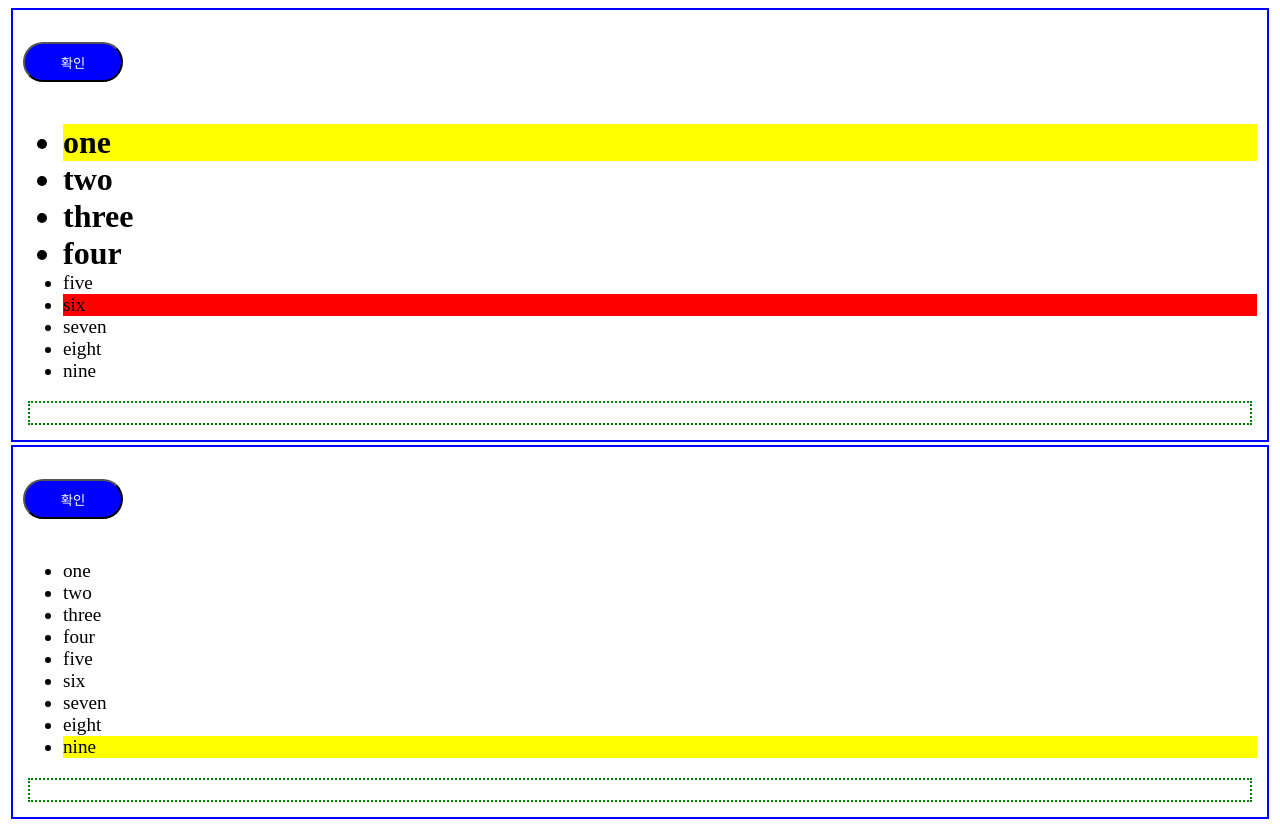
Repository: patternlobe-stack/MY_repository
Page: webpro/src/main/webapp/0915/기본필터.html
The author's editor kept a copy of each file at every save. The page is drawn from the files as they stood at one save, then again after the next save.
The browser window is 1280 px wide. The pictures show the whole page.
After loading, the first visible `#btn1` was clicked once.

Above is the page before, as saved 2025-09-15 07:10:22.

### webpro/src/main/webapp/0915/기본필터.html
<!DOCTYPE html>
<html>
<head>
<meta charset="UTF-8">
<title>Insert title here</title>
<link rel="stylesheet"  href="../css/public.css">
<script src="../js/jquery-3.7.1.js"></script>


<script>
$( () =>{
	$('#btn1').on('click',()=>{

		$('li:first, li:last').css('background','yellow');
	//	$('li').first().css('background','yellow');
	//	$('li').last().css('background','yellow');
		$('li').filter(':first').css('background','yellow');

	  //$('li:eq(5)').css('background','red');
		$('li').eq(5).css('background','red');
		$('li').filter(':eq(5)').css('background','red');

	//	$('li:lt(4)').css({'font-size':'2.0rem','font-weight':'bold'});
	//	$('li').lt(4).css({'font-size':'2.0rem','font-weight':'bold'}); 오류남
	$('li').filter(':lt(4)').css({'font-size':'2.0rem','font-weight':'bold'});

	})


	 $('#btn2').on('click', ()=>{

		 $('li:even').css('background','lime');


	 })
})
</script>

</head>
<body>


<div class="box box1">
      <h3>
      </h3>
      <input type="button" value="확인" id="btn1"/>
      <br /><br />
      <body>
		  <ul>
		<li>one</li>
		<li>two</li>
		<li>three</li>
		<li>four</li>
		<li>five</li>
		<li>six</li>
		<li>seven</li>
		<li>eight</li>
		<li>nine</li>
		  </ul>
      <div id="result1"></div>
</div>

<div class="box box2">
      <h3>
      </h3>
      <input type="button" value="확인" id="btn2"/>
      <br /><br />
      <body>
		  <ul>
		<li>one</li>
		<li>two</li>
		<li>three</li>
		<li>four</li>
		<li>five</li>
		<li>six</li>
		<li>seven</li>
		<li>eight</li>
		<li>nine</li>
		  </ul>


      <div id="result1"></div>
</div>


</body>
</html>

### webpro/src/main/webapp/css/public.css
@charset "UTF-8";

pre {
  border: 5px inset red;
  margin: 20px;
  padding: 10px;
  font-size: 1.3rem;
}
div {
  border: 2px dotted green;
  padding: 10px;
  margin: 5px;
  font-size: 1.2rem;
}

.box {
  border: 2px solid blue;
  margin: 3px;
  padding: 10px;
}
.box input[type="button"],
.box input[type="submit"] {
  background: blue;
  color: white;
  width: 100px;
  height: 40px;
  border-radius: 50px;
}

Loaded but not shown: webpro/src/main/webapp/js/jquery-3.7.1.js (library)

After the next save:
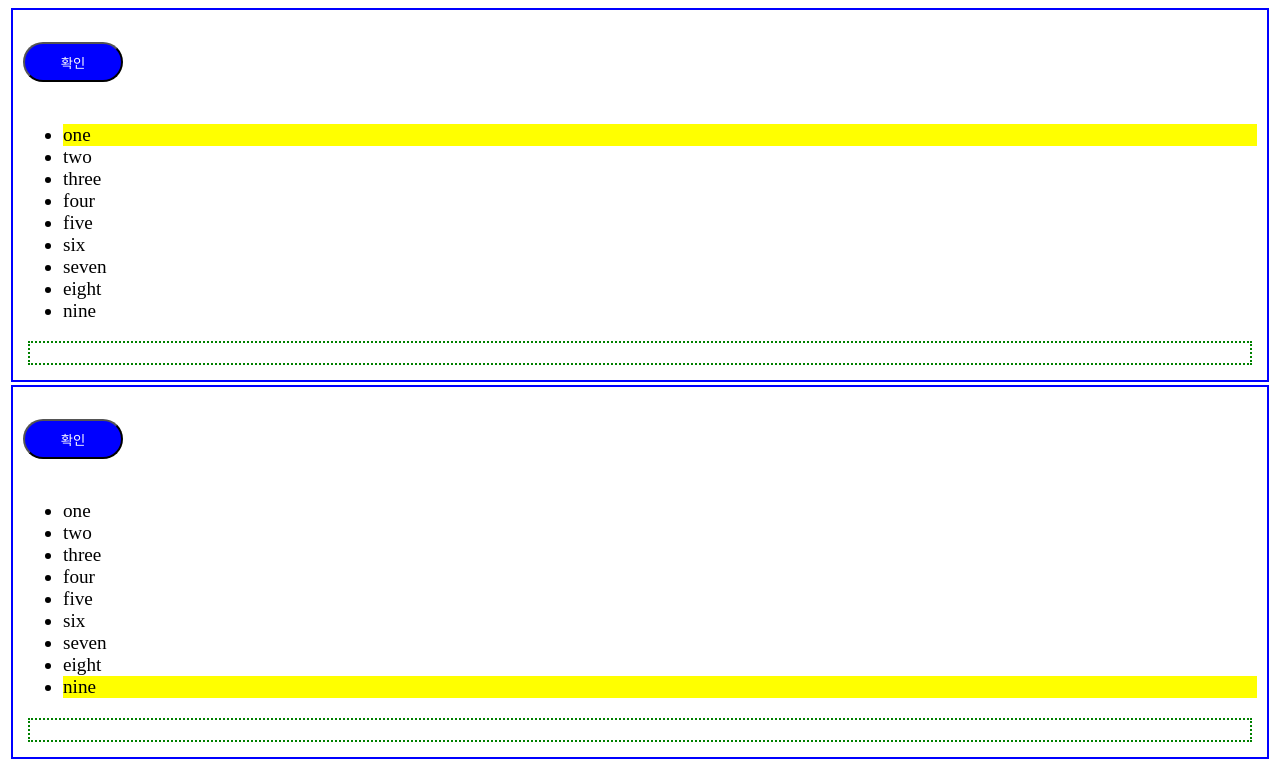
Saved 74 s later.
--- a/webpro/src/main/webapp/0915/기본필터.html
+++ b/webpro/src/main/webapp/0915/기본필터.html
@@ -11,25 +11,25 @@
 $( () =>{
 	$('#btn1').on('click',()=>{
 
-		$('li:first, li:last').css('background','yellow');
-	//	$('li').first().css('background','yellow');
-	//	$('li').last().css('background','yellow');
-		$('li').filter(':first').css('background','yellow');
+		$('.box1 li:first, li:last').css('background','yellow');
+	//	$('.box1 lli').first().css('background','yellow');
+	//	$('.box1 lli').last().css('background','yellow');
+		$('.box1 lli').filter(':first').css('background','yellow');
 
-	  //$('li:eq(5)').css('background','red');
-		$('li').eq(5).css('background','red');
-		$('li').filter(':eq(5)').css('background','red');
+	  //$('.box1 lli:eq(5)').css('background','red');
+		$('.box1 lli').eq(5).css('background','red');
+		$('.box1 lli').filter(':eq(5)').css('background','red');
 
-	//	$('li:lt(4)').css({'font-size':'2.0rem','font-weight':'bold'});
-	//	$('li').lt(4).css({'font-size':'2.0rem','font-weight':'bold'}); 오류남
-	$('li').filter(':lt(4)').css({'font-size':'2.0rem','font-weight':'bold'});
+	//	$('.box1 lli:lt(4)').css({'font-size':'2.0rem','font-weight':'bold'});
+	//	$('.box1 lli').lt(4).css({'font-size':'2.0rem','font-weight':'bold'}); 오류남
+	$('.box1 lli').filter(':lt(4)').css({'font-size':'2.0rem','font-weight':'bold'});
 
 	})
 
 
 	 $('#btn2').on('click', ()=>{
 
-		 $('li:even').css('background','lime');
+		 $('.box2 lli:even').css('background','lime');
 
 
 	 })
